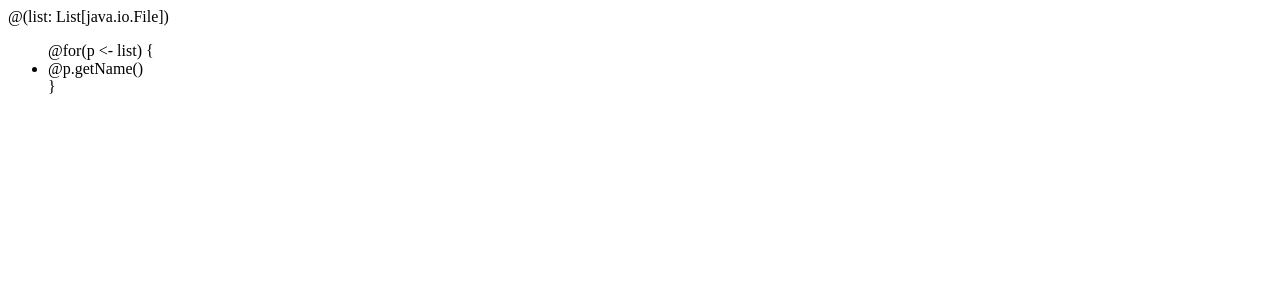
Repository: ackdom/opencv-surf
Page: surfbackend/.target/views/list.scala.html
An editor plug-in stored every save of this project. The page is shown before and after the next save, followed by the edit.
The browser window is 1280 px wide. The pictures show the whole page.

Above is the page before, as saved 2013-12-06 16:31:27.

After the next save:
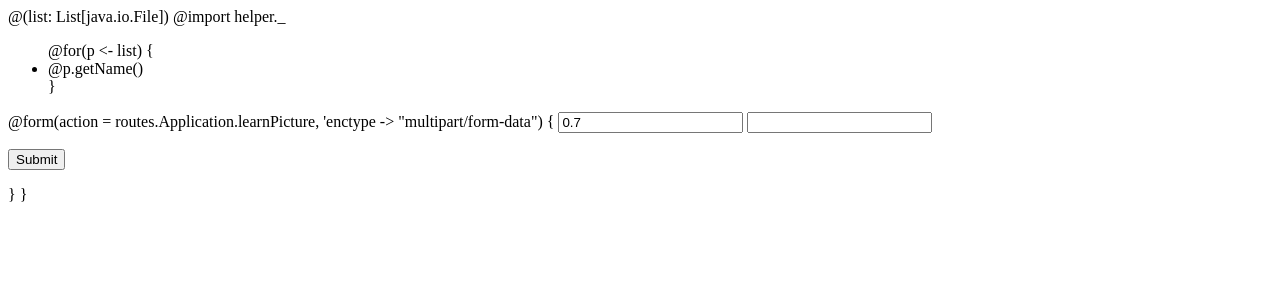
Saved 44 h 1 min later.
--- a/surfbackend/.target/views/list.scala.html
+++ b/surfbackend/.target/views/list.scala.html
@@ -1,7 +1,19 @@
 @(list: List[java.io.File])
+@import helper._
 
 <ul>
 @for(p <- list) {
   <li>@p.getName()</li>
 }
 </ul>
+
+@form(action = routes.Application.learnPicture, 'enctype -> "multipart/form-data") {
+
+    <input type="text" name="treshold" value="0.7">
+    <input type="text" name="treshold" value="">
+    <p>
+        <input type="submit">
+    </p>
+
+}
+}
